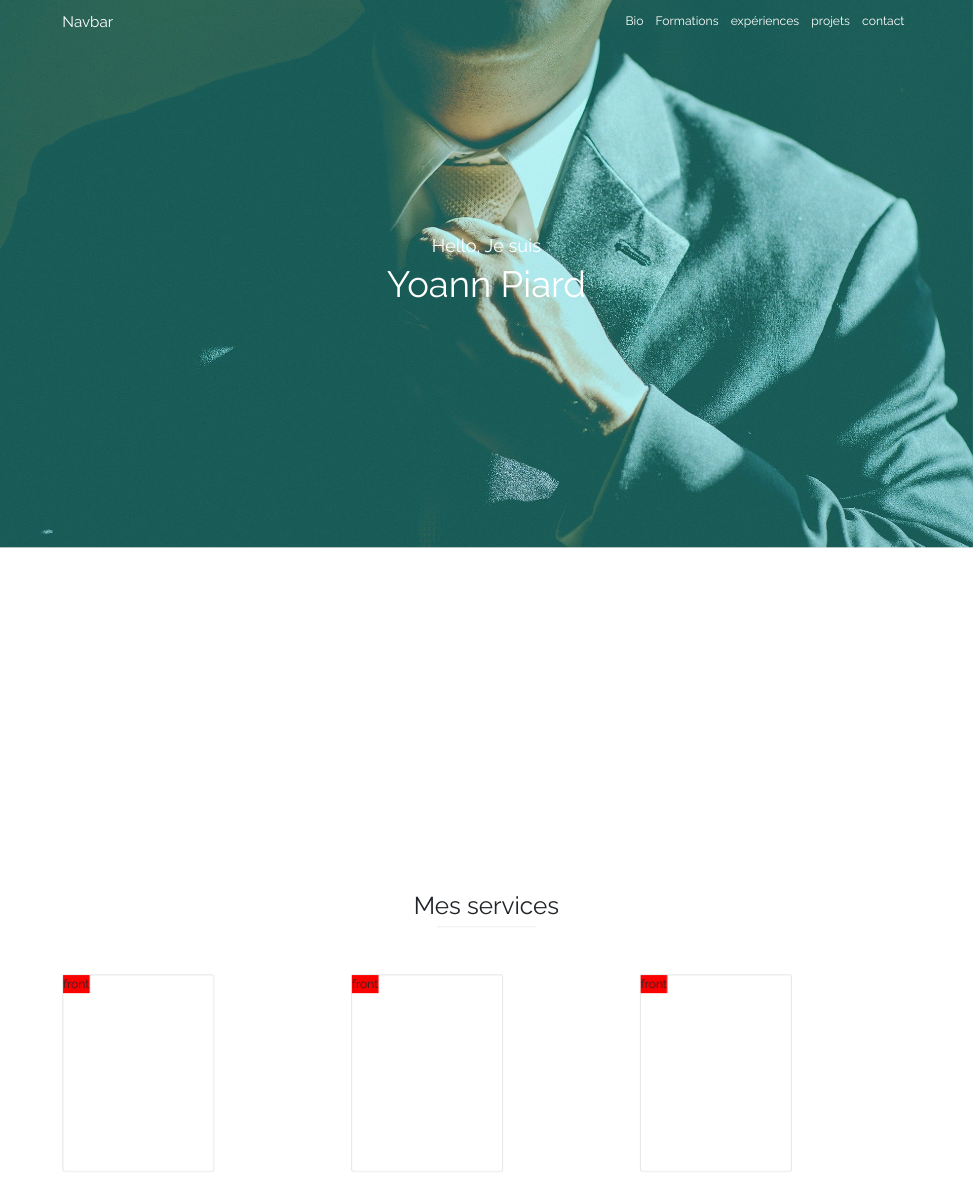
Repository: ypiard85/port-folio-bootstrap-yoann-2021
Page: index.html
The author's editor kept a copy of each file at every save. The page is drawn from the files as they stood at one save, then again after the next save.
The browser window is 1280 px wide. The pictures show the whole page, at 76% of full size.

Above is the page before, as saved 2021-03-09 16:33:28.
Console error: TypeError: window.onload is not a function

### index.html
<!DOCTYPE html>
<html lang="en">
  <head>
    <meta charset="UTF-8" />
    <meta http-equiv="X-UA-Compatible" content="IE=edge" />
    <meta name="viewport" content="width=device-width, initial-scale=1.0" />
    <link rel="stylesheet" href="https://use.fontawesome.com/releases/v5.15.2/css/all.css" integrity="sha384-vSIIfh2YWi9wW0r9iZe7RJPrKwp6bG+s9QZMoITbCckVJqGCCRhc+ccxNcdpHuYu" crossorigin="anonymous">    <!-- CSS only -->
    <link rel="stylesheet" href="./resource/style.css" />
    <link
      href="https://cdn.jsdelivr.net/npm/bootstrap@5.0.0-beta2/dist/css/bootstrap.min.css"
      rel="stylesheet"
      integrity="sha384-BmbxuPwQa2lc/FVzBcNJ7UAyJxM6wuqIj61tLrc4wSX0szH/Ev+nYRRuWlolflfl"
      crossorigin="anonymous"
    />
    <title>Document</title>
  </head>
  <body>
    <nav class="navbar position-fixed w-100 navbar-expand-lg navbar-light">
      <div class="container">
        <a class="navbar-brand" href="#">Navbar</a>
        <button
          class="navbar-toggler"
          type="button"
          data-bs-toggle="collapse"
          data-bs-target="#navbarNav"
          aria-controls="navbarNav"
          aria-expanded="false"
          aria-label="Toggle navigation"
        >
          <span class="navbar-toggler-icon"></span>
        </button>
        <div class="collapse navbar-collapse" id="navbarNav">
          <ul class="navbar-nav">
            <li class="nav-item">
              <a class="nav-link active" aria-current="page" href="#bio">Bio</a>
            </li>
            <li class="nav-item">
              <a class="nav-link" href="#formation">Formations</a>
            </li>
            <li class="nav-item">
              <a class="nav-link" href="#experience">expériences</a>
            </li>
            <li class="nav-item">
              <a class="nav-link" href="#projet">projets</a>
            </li>
            <li class="nav-item">
              <a class="nav-link" href="#contact">contact</a>
            </li>
          </ul>
        </div>
      </div>
    </nav>

    <header
      class="container-fluid flex-column
          d-flex align-items-center justify-content-center"
    >
      <h4>Hello, Je suis</h4>
      <h1>Yoann Piard</h1>
    </header>

    <section class="about_me in container">
      <div class="about_card rounded shadow-lg">
        <div class="container">
          <div class="row">
            <div class="col-md-6  col-sm-12 p-3 p-sm-4 align-self-center">
              <h2 class="mb-4" >A propos de moi</h2>
              <p>
                Passionné par l'informatique depuis mon plus jeune âge, je me
                suis tout naturellement orienté vers dans le secteur du
                développement web et logiciel. Depuis 2019, je mets mon savoir
                auprès d'associations et entreprises, les aidant à augmenter
                leurs visibilités sur internet. Aujourd'hui, je cherche à
                intégrer une entreprise afin de travailler sur des projets
                concrets et de monter en compétence.
              </p>
              <ul class="d-flex">
                  <li><a href=""><i class="fab fa-instagram"></i></a></li>
                  <li><a href=""><i class="fab fa-linkedin-in"></i></a></li>
                  <li><a href=""><i class="fab fa-github"></i></a></li>
              </ul>
            </div>
            <div class="col-md-6 col-sm-12 p-3 p-sm-5 d-none d-md-block">
              <img class="img-fluid img-thumbnail" src="./resource/image/yoann_piard.png" alt="" />
            </div>
          </div>
        </div>
      </div>
    </section>

    <section class="my_work">
        <div class="container">
            <h2 class="ttile_section text-center mb-5">Mes services</h2>
            <div class="row pt-4 pb-4">
                <div class="col-md-4">
                    <div class="scene">
                        <div class="card">
                          <div class="card__face card__face--front">front</div>
                          <div class="card__face card__face--back">back</div>
                        </div>
                      </div>
                </div>
                <div class="col-md-4">
                    <div class="scene">
                        <div class="card">
                          <div class="card__face card__face--front">front</div>
                          <div class="card__face card__face--back">back</div>
                        </div>
                      </div>
                </div>
                <div class="col-md-4">
                    <div class="scene">
                        <div class="card">
                          <div class="card__face card__face--front">front</div>
                          <div class="card__face card__face--back">back</div>
                        </div>
                      </div>
                </div>
            </div>
        </div>
    </section>

    <!-- JavaScript Bundle with Popper -->
    <script
      src="https://cdn.jsdelivr.net/npm/bootstrap@5.0.0-beta2/dist/js/bootstrap.bundle.min.js"
      integrity="sha384-b5kHyXgcpbZJO/tY9Ul7kGkf1S0CWuKcCD38l8YkeH8z8QjE0GmW1gYU5S9FOnJ0"
      crossorigin="anonymous"
    ></script>
    <script src="https://unpkg.com/scrollreveal"></script>
    <script src="./resource/scrollreveal.js"></script>
    <script src="./resource/app.js"></script>
    <script>window.onload(scrollEffect()) </script>
  </body>
</html>

### resource/style.css
@import url('https://fonts.googleapis.com/css2?family=Raleway&display=swap');

*{
    transition: 0.3s;
}

body{
    font-family: 'Raleway', sans-serif!important;
}


.navbar-collapse{
    flex-grow: 0!important;
}

nav a{
    color: white!important;
}

header{
    height: 100vh;
    background: gray;
    background-image: linear-gradient(90deg, rgba(0,231,249,0.2780462526807598) 100%, rgba(0,4,24,0.4405112386751575) 74%), url('./image/about-section.jpg');
    background-repeat: no-repeat;
    background-size: cover;
    background-position: top center;
    color: white;
}

header h1{
    font-weight: normal;
    font-size: 3em;
}

.about_card{
    margin: auto;
    width: 900px;
    max-width: 100%;
    background-color: white;
}

.about_card a{
    font-family: Arial!important;
}

.about_me h2{
    font-weight: bold;
}

.about_card img{
    width: 100%;
    border-radius: 50%;
}

.about_card ul{
    list-style: none;
    padding: 0;
}

.about_card i{
    font-size: 1em;
    color: black;
}

.about_card{
    line-height: 2em;
}

.about_card li{
    margin-right: 10px;
}

.in{
    transform: translateY(-200px);
}

.ttile_section{
    position: relative;
}

.ttile_section::after{
    content: '';
    position: absolute;
    width: 130px;
    height: 1px;
    background-color: rgb(233, 231, 231);
    bottom: -10px;
    left:0;
    right: 0;
    margin: auto;
}


.scene {
    width: 200px;
    height: 260px;
    perspective: 600px;
}

.card {
    width: 100%;
    height: 100%;
    position: relative;
    transition: transform 1s;
    transform-style: preserve-3d;
}

.card__face {
    position: absolute;
    backface-visibility: hidden;
  }

  .card__face--front {
    background: red;
  }

  .card__face--back {
    background: blue;
    transform: rotateX( 180deg );
  }

  .card.is-flipped {
    transform: rotateX(180deg);
  }

### resource/scrollreveal.js
function scrollEffect(){


    ScrollReveal().reveal('.about_me', {
        delay: 150,
        duration: 1000,
        reset: true,
        origin: 'bottom',
        distance: '30%'
    });

}

### resource/app.js
document.querySelectorAll('.card').forEach(e => {
    e.addEventListener( 'mouseenter', function() {
        e.classList.add('is-flipped');
      });
      e.addEventListener( 'mouseleave', function() {
        e.classList.remove('is-flipped');
      });
});

After the next save:
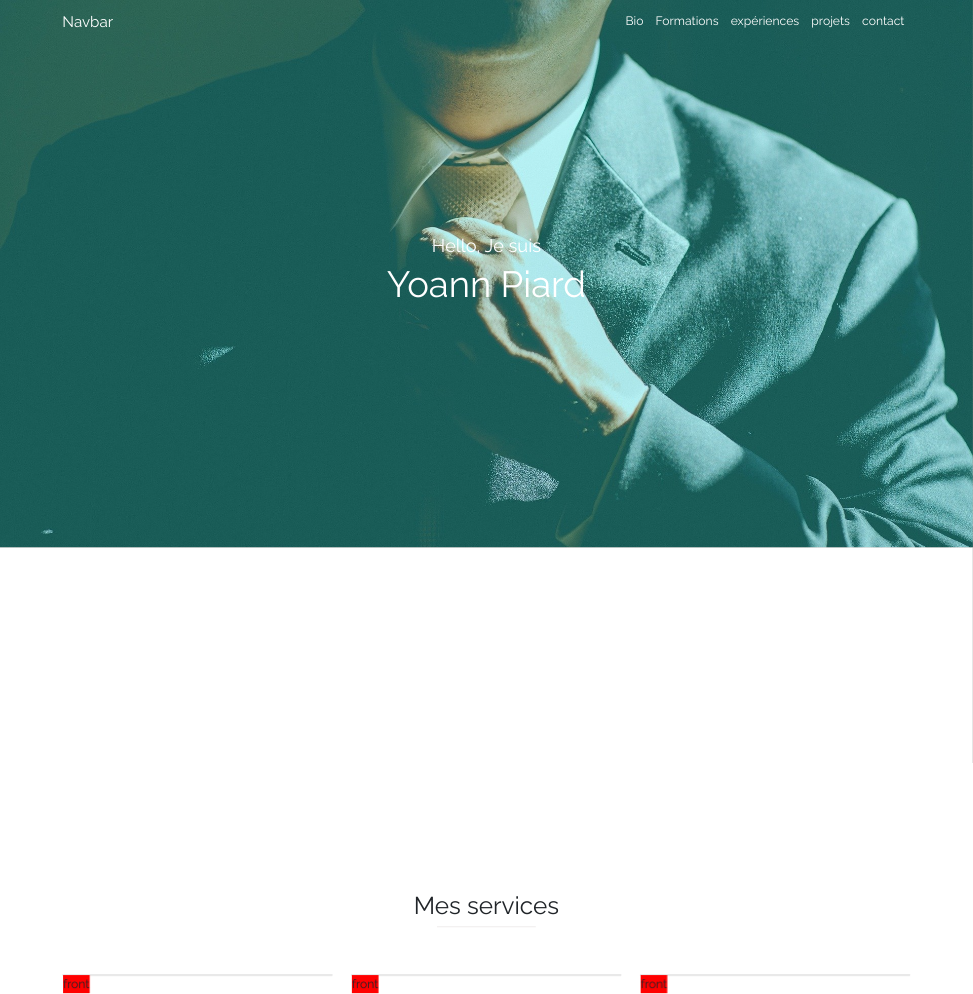
Saved 44 s later.
--- a/resource/style.css
+++ b/resource/style.css
@@ -92,8 +92,7 @@ header h1{
 
 
 .scene {
-    width: 200px;
-    height: 260px;
+
     perspective: 600px;
 }
 
